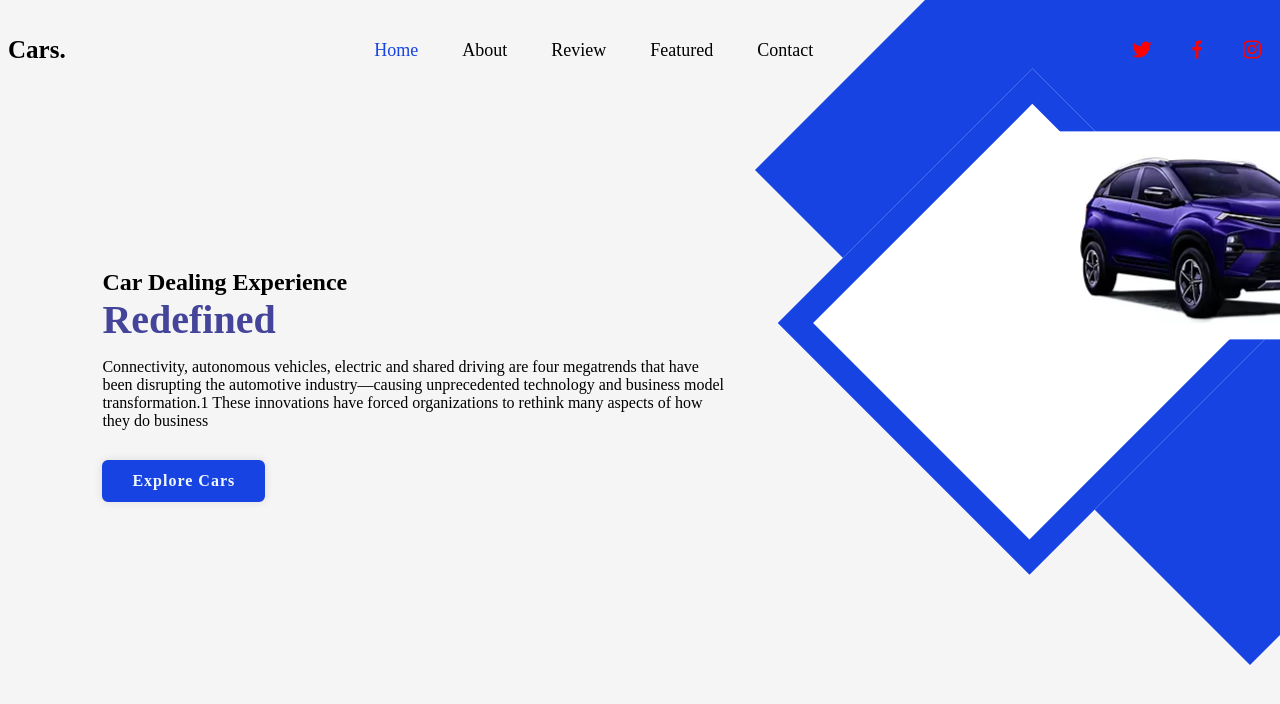
Repository: supriya123yadav/website-project
Page: index.html
The author's editor kept a copy of each file at every save. The page is drawn from the files as they stood at one save, then again after the next save.
The browser window is 1280 px wide. The pictures show the whole page.

Above is the page before, as saved 2024-07-11 19:41:53.

After the next save:
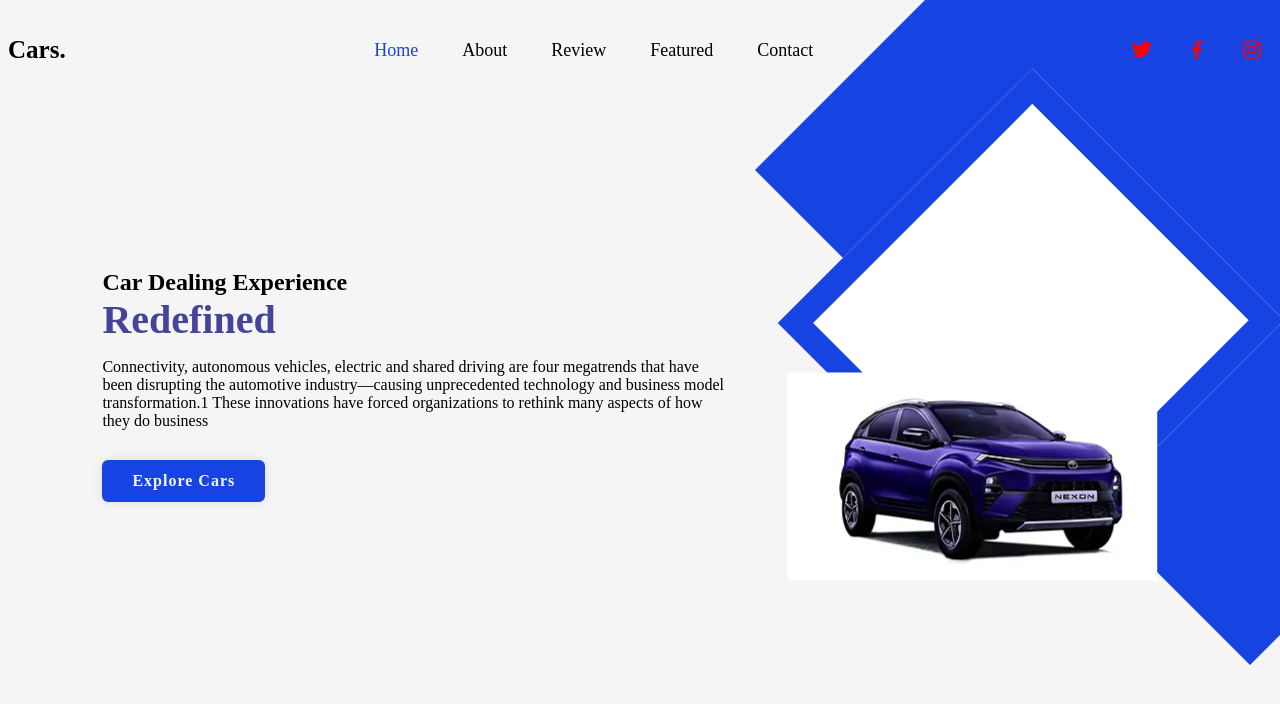
Saved 17 s later.
--- a/style.css
+++ b/style.css
@@ -122,8 +122,8 @@
 
 .home-img .rhombus img {
     position: absolute;
-    top: -45%;
-    bottom: 45%;
+    top: 90;
+    bottom: -100px;
     right: -100px;
     max-width: 800px;
     transform: rotate(-45deg);
